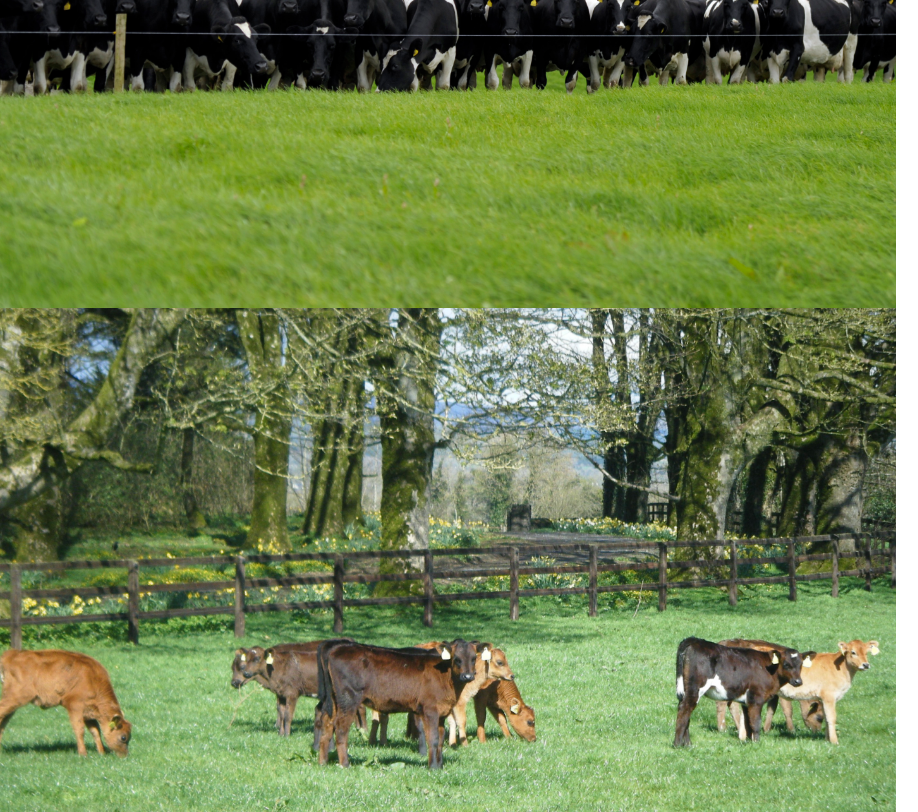
Repository: lisaannbyrne1/MilestoneProject1
Page: index.html
The author's editor kept a record of every edit. The page is drawn from the files as they stood at one moment, then again after the next edit.
The browser window is 1280 px wide. The page is 1312 px wide, so the pictures cover 1312 px, including what lies to the right of the window. The pictures show the part of the page from y = 1770 to 3650 px (the page is 2930 px tall before and 3650 px after), at 70% of full size.
Backgrounds fixed to the window are drawn as part of the page.

Above is the page before.
Not found: assets/js/myscript.js

### index.html
<!DOCTYPE html>
<html lang="en">

<head>
    <meta charset="UTF-8">
    <meta name="viewport" content="width=device-width, initial-scale=1.0">
    <meta http-equiv="X-UA-Compatible" content="ie=edge">
    <script src="./assets/js/myscript.js"></script>
    <link rel="stylesheet" href="https://stackpath.bootstrapcdn.com/font-awesome/4.7.0/css/font-awesome.min.css" rel="stylesheet">
    <link rel="stylesheet" href="./assets/css/style.css" type="text/css" />
    <title>Animal Health Ireland</title>
</head>

<body>

    <!--Landing-->
    <header>
        <div class="header">
            <img src="assets/images/ahi.jpg" alt="AHI" id="logo">
            <h1 class="text">ANIMAL HEALTH IRELAND</h1>
            <p class="subtext">Contributing to a profitable and sustainable farming and agri-food sector through improved animal health</p>
        </div>
    </header>

      <!--Navigation Bar-->
    <div class="ahinav" id="nav">
    <ul>
        <li><a class="active" href="#home"><i class="fa fa-fw fa-home"></i></a></li>
        <li><a href="#about">About AHI</a></li>
        <li><a href="#programmes">Programmes</a></li>
        <li><a href="#news">Information & News</a></li>
        <li><a href="#training">Training & Events</a></li>
        <li><a href="#contact">Contact Us</a></li>
    </ul>
</div>



    <!--About-->
   <section class="about">
    <div class="card" id="about">

    </div>
    </section>

    <!--Programmes-->

    <section class="programmes">
    <div class="card" id="programmes">

    </div>
    </section>




    <!--Information & News-->

   <section class="news">
    <div class="card" id="news">

    </div>
    </section>



    <!--Training & Events-->
    <!--Footer-->



</body>

</html>

### assets/css/style.css
/*--Fonts--*/

h1,
p {
    font-family: Calibri, Helvetica, sans-serif
}

/*--Landing fonts/images--*/

body {
    margin: 0;
}

.text {
    color: #fff;
    font-family: Calibri, Helvetica, sans-serif;
    font-size: 3rem;
    font-weight: 900;
    margin-top: 0px;
    display: inline;
}

.subtext {
    color: #fff;
    font-family: Calibri, Helvetica, sans-serif;
    font-size: 1.2rem;
    text-align: center;
    padding-left: 40px;
    font-weight: 900;
}

#logo {
    padding-top: 30px;
    width: 235px;
    height: 117px;
    margin-right: 20px;

}

/*--Sections--*/

header {
    background-attachment: fixed;
    background-image: url("../../assets/images/landing.jpg");
    background-position: bottom;
    background-size: cover;
    text-align: center;
    margin-bottom: 0px;
    height: 100vh;
    width: 100vw;
    z-index: 1;

}


/*--Navigation--*/

.ahinav {
    background-color: #f8f9fa;
    padding: 0.5rem 1rem 0.5rem 1rem;
    position: -webkit-sticky;
    position: sticky;
    width: 100%;
    z-index: 1000000;
    top: 0;
}

ul {
    list-style-type: none;
    margin: 0;
    padding: 0;
    overflow: hidden;
    background-color: transarent;
}

li a {
    display: block;
    color: rgba(0,0,0,.5);
    text-align: center;
    padding: 8px 8px;
    text-decoration: none;
     float: left;
}

li a:hover {
    color: #A9A9A9;
    text-decoration: none;
}



/*--Sections--*/

.about {
    background-attachment: fixed;
    background-image: url("../../assets/images/about.JPG");
    background-position: bottom;
    background-size: cover;
    text-align: center;
    margin-bottom: 0px;
    margin-top: 0px;
    height: 100vh;
    width: 100vw;
    z-index: 1;

}

.programmes {
    background-attachment: fixed;
    background-image: url("../../assets/images/programmes.jpg");
    background-position: bottom;
    background-size: cover;
    text-align: center;
    margin-bottom: 0px;
    margin-top: 0px;
    height: 100vh;
    width: 100vw;
    z-index: 1;

}


.news {
    background-attachment: fixed;
    background-image: url("../../assets/images/news.JPG");
    background-position: bottom;
    background-size: cover;
    text-align: center;
    margin-bottom: 0px;
    margin-top: 0px;
    height: 100vh;
    width: 100vw;
    z-index: 1;

}


.training {
    background-attachment: fixed;
    background-image: url("../../assets/images/train.jpg");
    background-position: bottom;
    background-size: cover;
    text-align: center;
    margin-bottom: 0px;
    margin-top: 0px;
    height: 100vh;
    width: 100vw;
    z-index: 1;

}

/*--Cards--*/

/*--Transitions--*/

/*--Footer--*/

/*--Footer Socials--*/

/*--Media Queries--*/

/*--Smartphone (portrait & landscape)--*/

@media only screen and (min-device-width : 320px) and (max-device-width : 480px) {
        .text {
        text-align: center;
        font-size: 2rem;
        padding: 0;
    }
    .subtext {
        text-align: center;
        font-size: 1rem;
        padding: 0;
        font-weight: normal;
    }

    #logo {
        display: block;
        margin-left: auto;
        margin-right: auto;
    }

}

/*--Smartphone (landscape)--*/

@media only screen and (min-width : 321px) {
        .text {
        text-align: center;
        font-size: 2rem;
        padding: 0;
    }
    .subtext {
        text-align: center;
        font-size: 1rem;
        padding: 0;
        font-weight: normal;
    }

    #logo {
        display: block;
        margin-left: auto;
        margin-right: auto;
    }
}

/*--Smartphone (portrait)--*/

@media only screen and (max-width : 320px) {
      .text {
        text-align: center;
        font-size: 2rem;
        padding: 0;
    }
    .subtext {
        text-align: center;
        font-size: 1rem;
        padding: 0;
        font-weight: normal;
    }

    #logo {
        display: block;
        margin-left: auto;
        margin-right: auto;
    }
}

/*--iPads (portrait & landscape)--*/

@media only screen and (min-device-width : 768px) and (max-device-width : 1024px) {
     .text {
        text-align: center;
        padding: 0;
    }
    .subtext {
        text-align: center;
        padding: 0;

}
}


/*--iPads (landscape)--*/

@media only screen and (min-device-width : 768px) and (max-device-width : 1024px) and (orientation : landscape) {
        .text {
        text-align: center;
        padding: 0;
    }
    .subtext {
        text-align: center;
        padding: 0;
    }
}

/*--iPads (portrait)--*/

@media only screen and (min-device-width : 768px) and (max-device-width : 1024px) and (orientation : portrait) {
        .text {
        text-align: center;
        padding: 0;
    }
    .subtext {
        text-align: center;
        padding: 0;
    }
}

/*--Desktops & laptops--

@media only screen and (max-width : 1224px) {
{
*/

/*--Large Screens--

@media only screen and (max-width : 1824px) {
{
*/

/*--iPhone 4--*/

@media only screen and (-webkit-min-device-pixel-ratio : 1.5), only screen and (min-device-pixel-ratio : 1.5) {
    .text {
        text-align: center;
        font-size: 2rem;
        padding: 0;
    }
    .subtext {
        text-align: center;
        font-size: 1rem;
        padding: 0;
        font-weight: normal;
    }

    #logo {
        display: block;
        margin-left: auto;
        margin-right: auto;
    }
}

After the next edit:
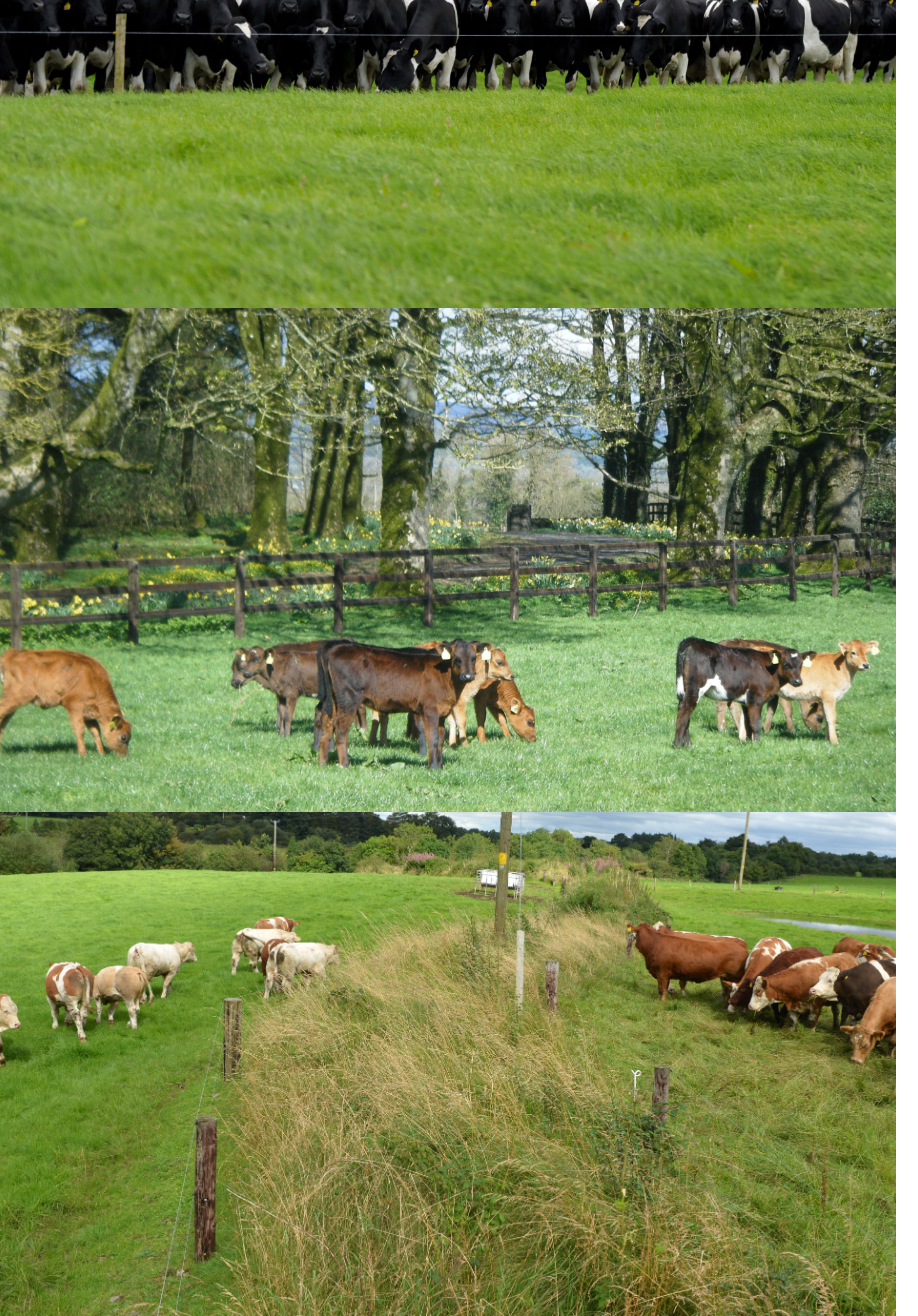
The edit:
--- a/index.html
+++ b/index.html
@@ -65,6 +65,14 @@
 
 
     <!--Training & Events-->
+
+       <section class="training">
+    <div class="card" id="training">
+
+    </div>
+    </section>
+
+
     <!--Footer-->
 
 
